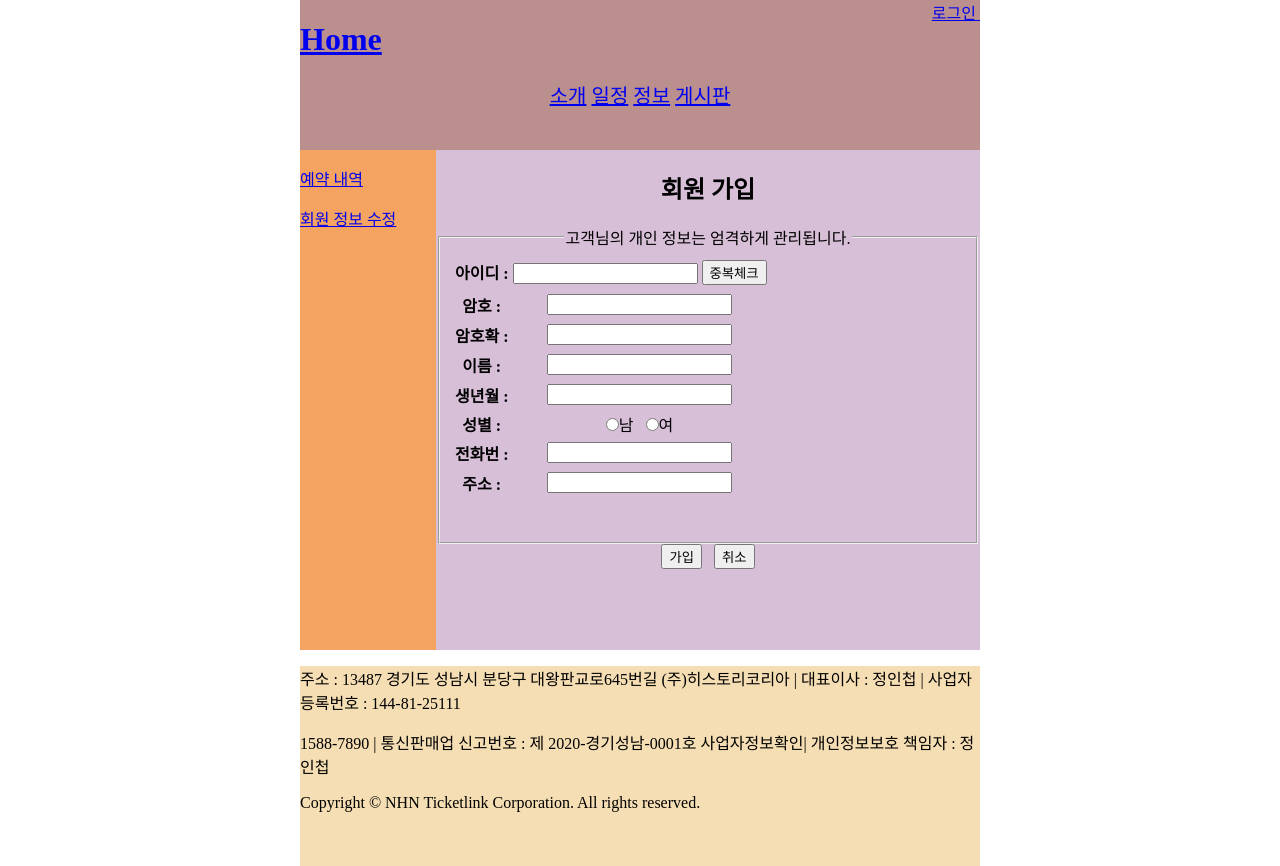
Repository: dlscjq34/JSP_historyTour
Page: http://localhost/HistoryTour/WEB-INF/views/member/joinMember.jsp
The author's editor kept a copy of each file at every save. The page is drawn from the files as they stood at one save, then again after the next save.
The browser window is 1280 px wide. The pictures show the whole page.
The page is served by Tomcat 9. Nobody is signed in. The template is opened directly, without the code that normally fills it, so the values that code supplies are empty.

Above is the page before, as saved 2020-12-21 02:37:00.

After the next save:
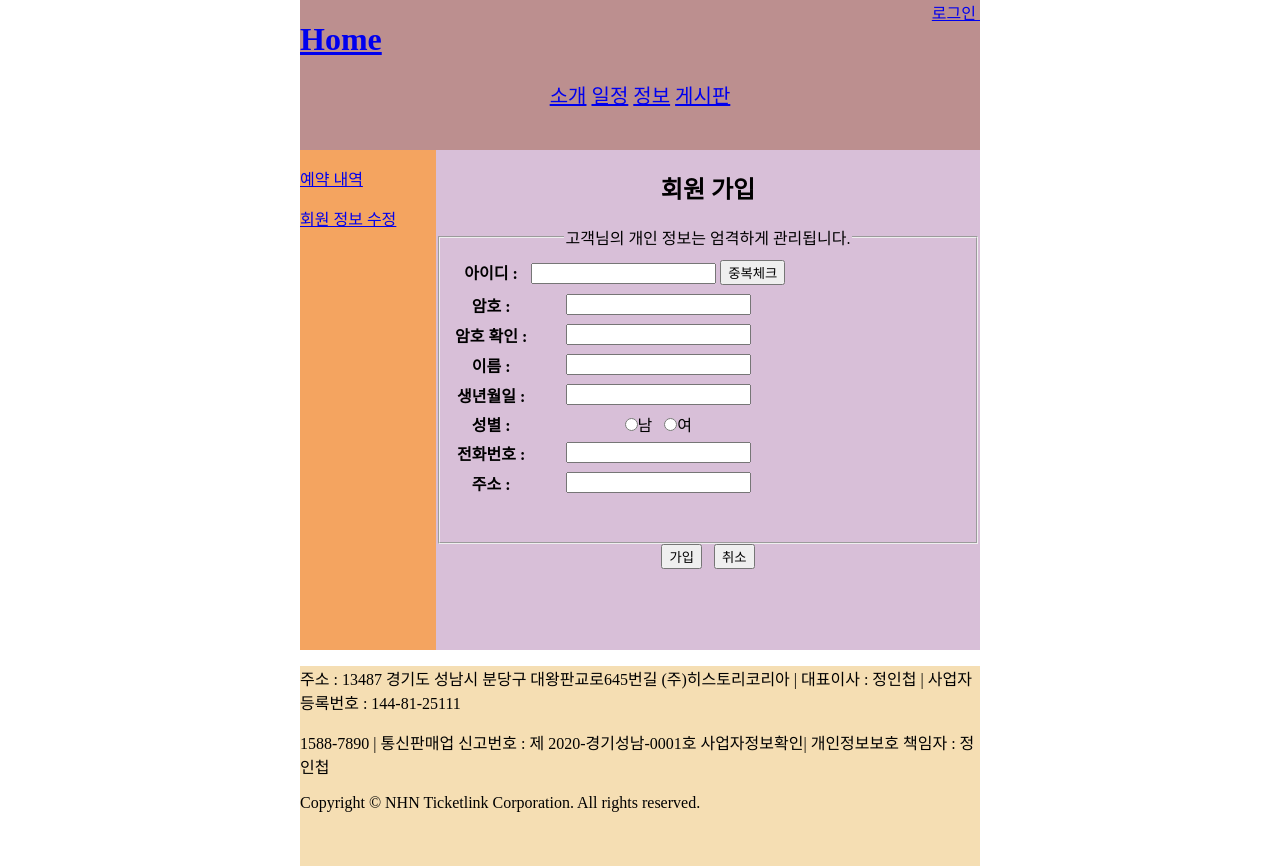
Saved 11 s later.
--- a/HistoryTour/WebContent/WEB-INF/views/member/joinMember.jsp
+++ b/HistoryTour/WebContent/WEB-INF/views/member/joinMember.jsp
@@ -35,7 +35,7 @@
                 			<td><input type="password" name="pswd1" id="pswd1" required/>
                 		</tr>
                 		<tr>
-                			<th>암호확 :
+                			<th>암호 확인 :
                 			<td><input type="password" name="pswd2" id="pswd2" required onkeyup="pwCheck()"/>
                 				<span class="pwStatus"></span>
                 		</tr>
@@ -44,7 +44,7 @@
                 			<td><input type="text" name="name" id="name" required/>
                 		</tr>
                 		<tr>
-                			<th>생년월 :
+                			<th>생년월일 :
                 			<td><input type="text" name="birth" id="birth" required/>
                 		</tr>
                 		<tr>
@@ -53,7 +53,7 @@
                 				<input type="radio" name="gender" id="woman" value="2" required />여
                 		</tr>
                 		<tr>
-                			<th>전화번 :
+                			<th>전화번호 :
                 			<td><input type="text" name="tel" id="tel" required>
                 		</tr>
                 		<tr>
